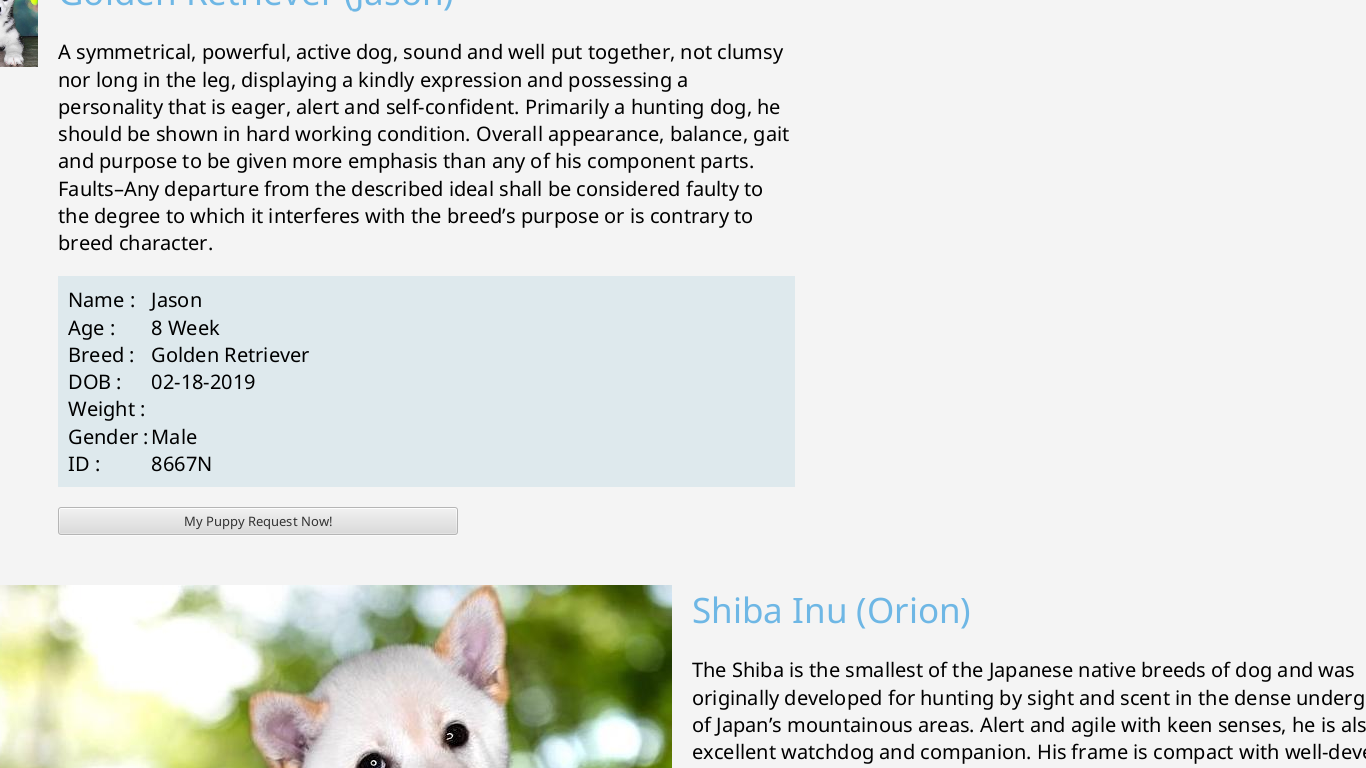
Repository: Cnibungco/CS2450
Program's window: java Assignment4/src/Nursery.java
These files come from the project's save history. The program's window is drawn as it stood at one moment and after the next save; the edit follows.
It runs on Java 21 on a 1366 x 768 screen with JavaFX 11; the title bar is not drawn. Parts beyond the screen are cut off. It also reads Assignment4/Pictures/dog1.jpg, Assignment4/Pictures/dog2.jpg.

Above is the program's window before, as saved 2019-04-28 21:18:11.

After the next save:
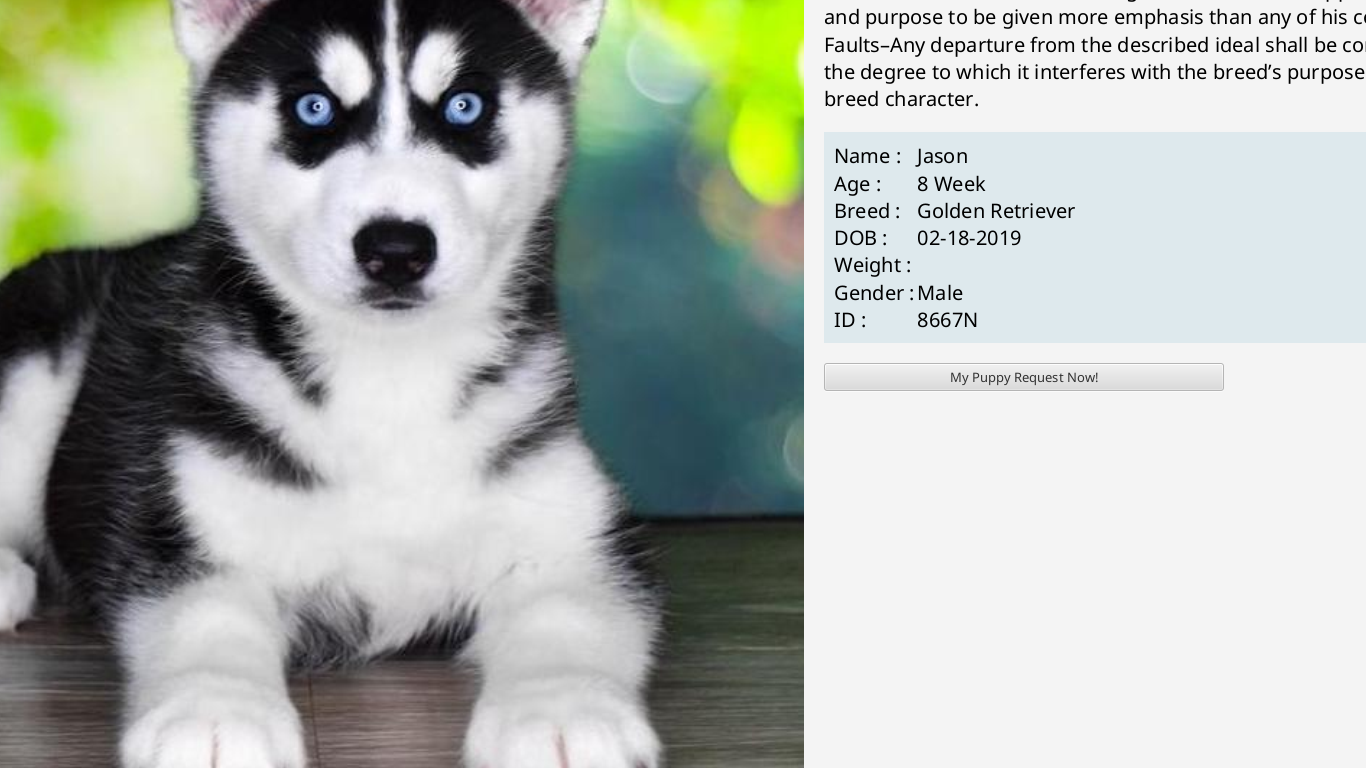
Saved 22 s later.
--- a/Assignment4/src/Nursery.java
+++ b/Assignment4/src/Nursery.java
@@ -88,8 +88,8 @@
 
 		Image dog1Image = new Image("file:Pictures/dog1.jpg");
 		ImageView dog1ImageView = new ImageView(dog1Image);
-		dog1ImageView.setFitHeight(100);
-		dog1ImageView.setFitWidth(100);
+		dog1ImageView.setFitHeight(1000);
+		dog1ImageView.setFitWidth(1000);
 
 		Label goldenRetreverLabel = new Label("Golden Retriever (Jason)");
 		goldenRetreverLabel.setStyle("-fx-font-size:35; -fx-text-fill:#6eb7e5");
